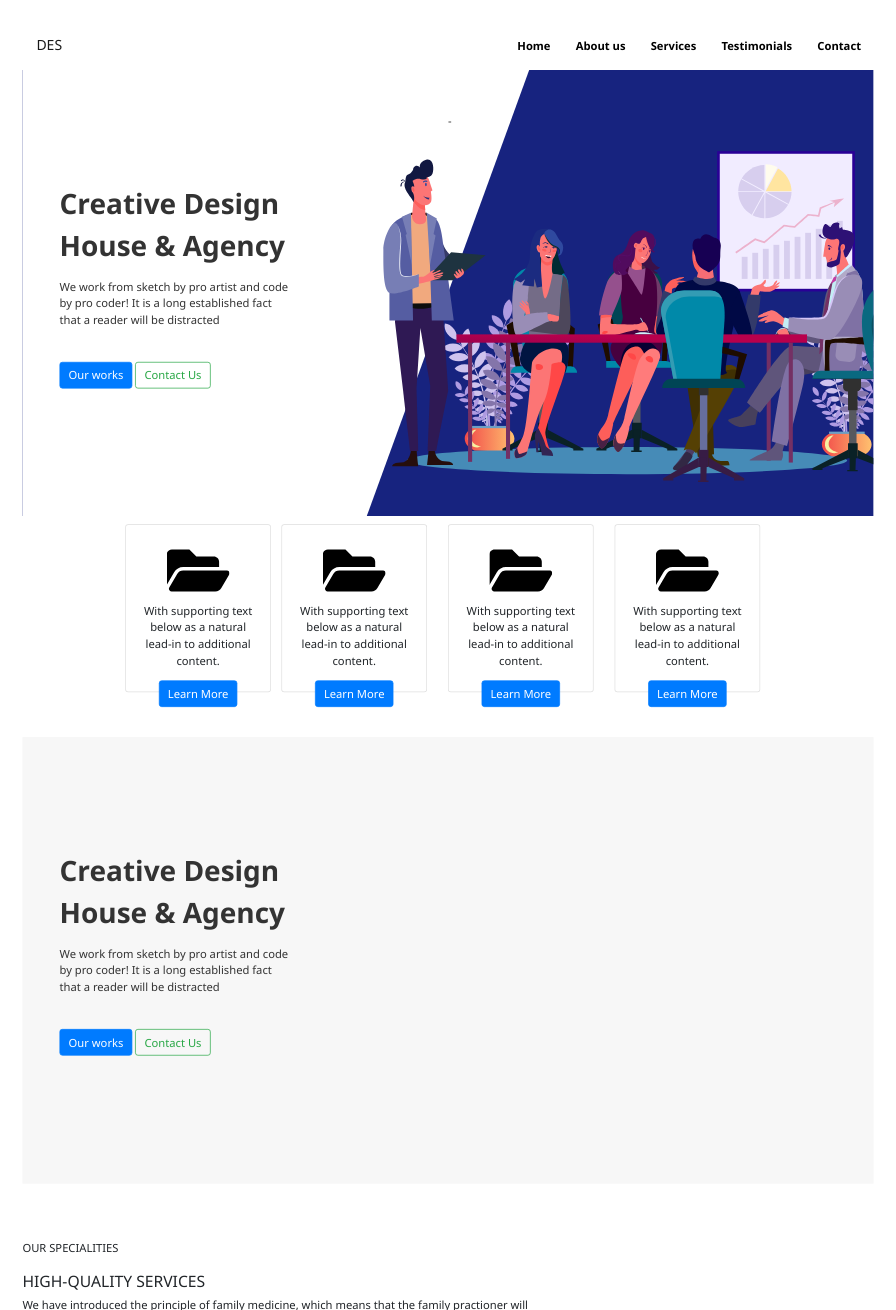
Repository: stephenkayade/Tarm
Page: index.html
These files come from the project's save history. The page is drawn as it stood at one moment and after the next save; the edit follows.
The browser window is 1280 px wide. The pictures show the part of the page from y = 0 to 1872 px (the page is 4092 px tall), at 70% of full size.
A picture or video elsewhere on the page could not be fetched, so the positions and the page height are approximate.

Above is the page before, as saved 2020-05-07 15:17:54.

After the next save:
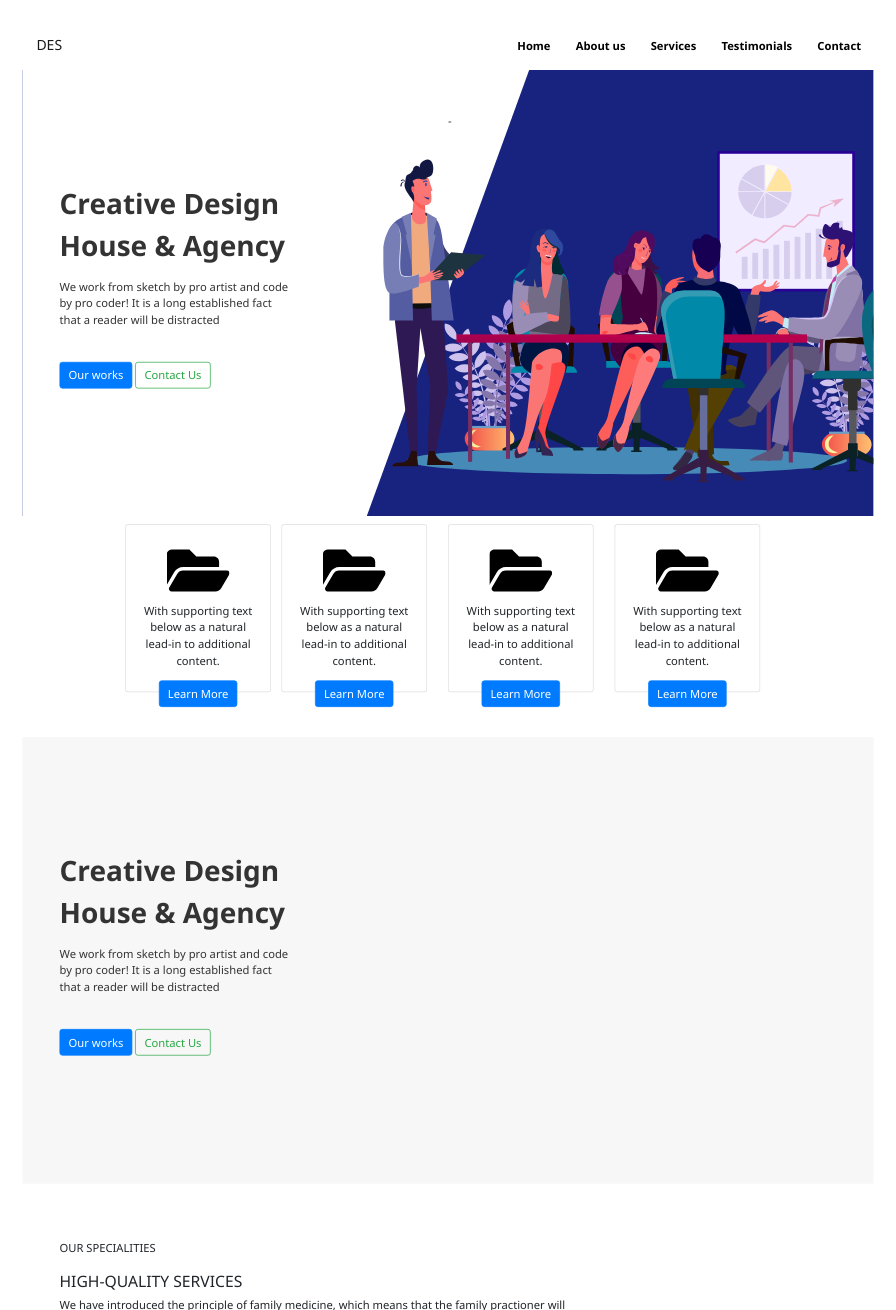
Saved 3 min 10 s later.
--- a/index.html
+++ b/index.html
@@ -148,9 +148,11 @@
         </div>
     </section>
     <section id="services">
-        <p>OUR SPECIALITIES</p>
-        <h3><small>HIGH-QUALITY SERVICES</small></h3>
-        <p>We have introduced the principle of family medicine, which means that the family practioner will</p>
+        <div class="container">
+            <p>OUR SPECIALITIES</p>
+            <h3><small>HIGH-QUALITY SERVICES</small></h3>
+            <p>We have introduced the principle of family medicine, which means that the family practioner will</p>
+        </div>
         <div class="row">
             <div class="col-md-auto">
 
